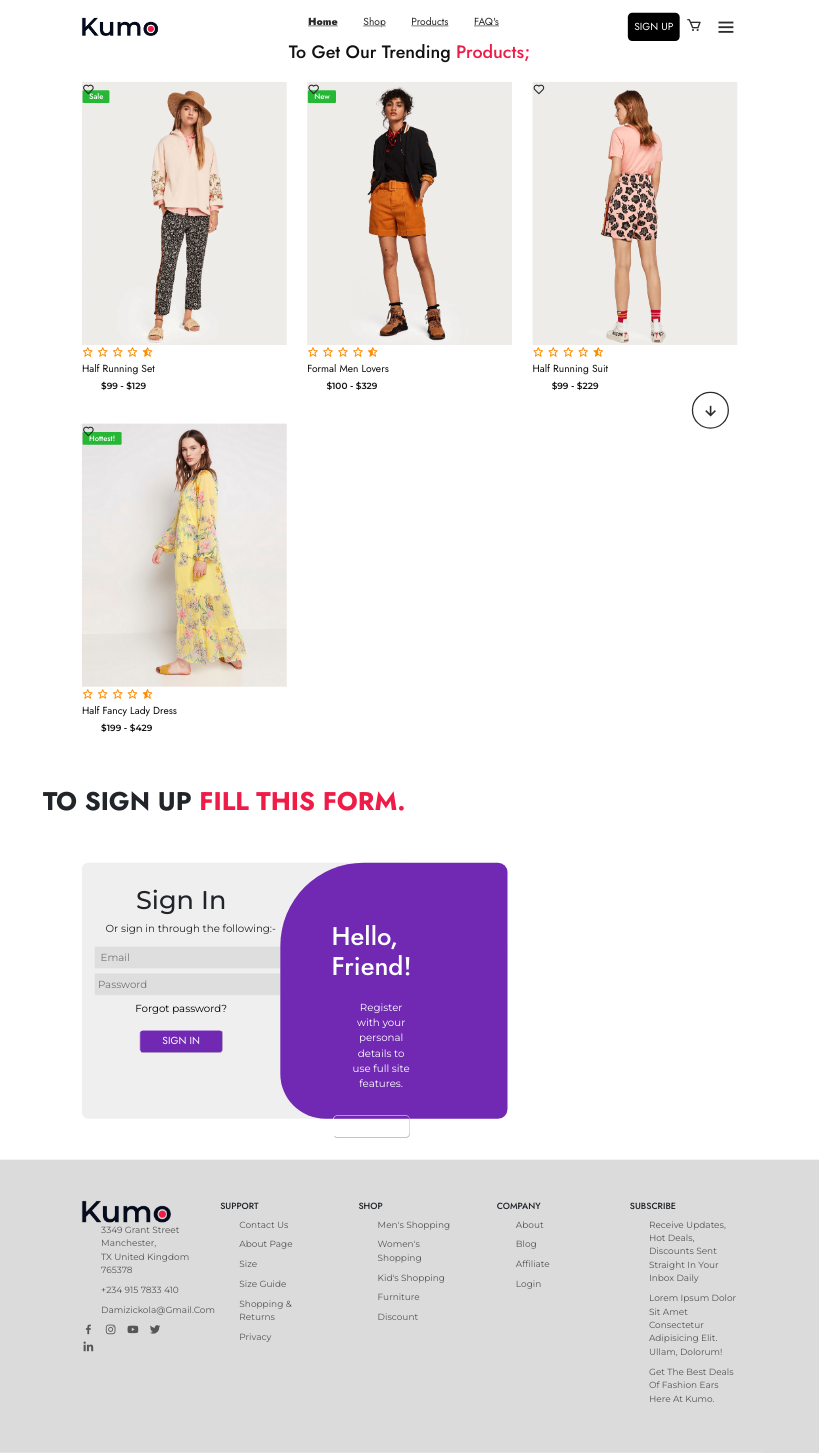
Repository: isaacCodes1/Kumo-Website.
Page: form.html
These files come from the project's save history. The page is drawn as it stood at one moment and after a run of saves; the edit follows.
The browser window is 1280 px wide. The pictures show the whole page, at 64% of full size.

Above is the page before, as saved 2024-03-26 11:30:47.

After the next 4 saves:
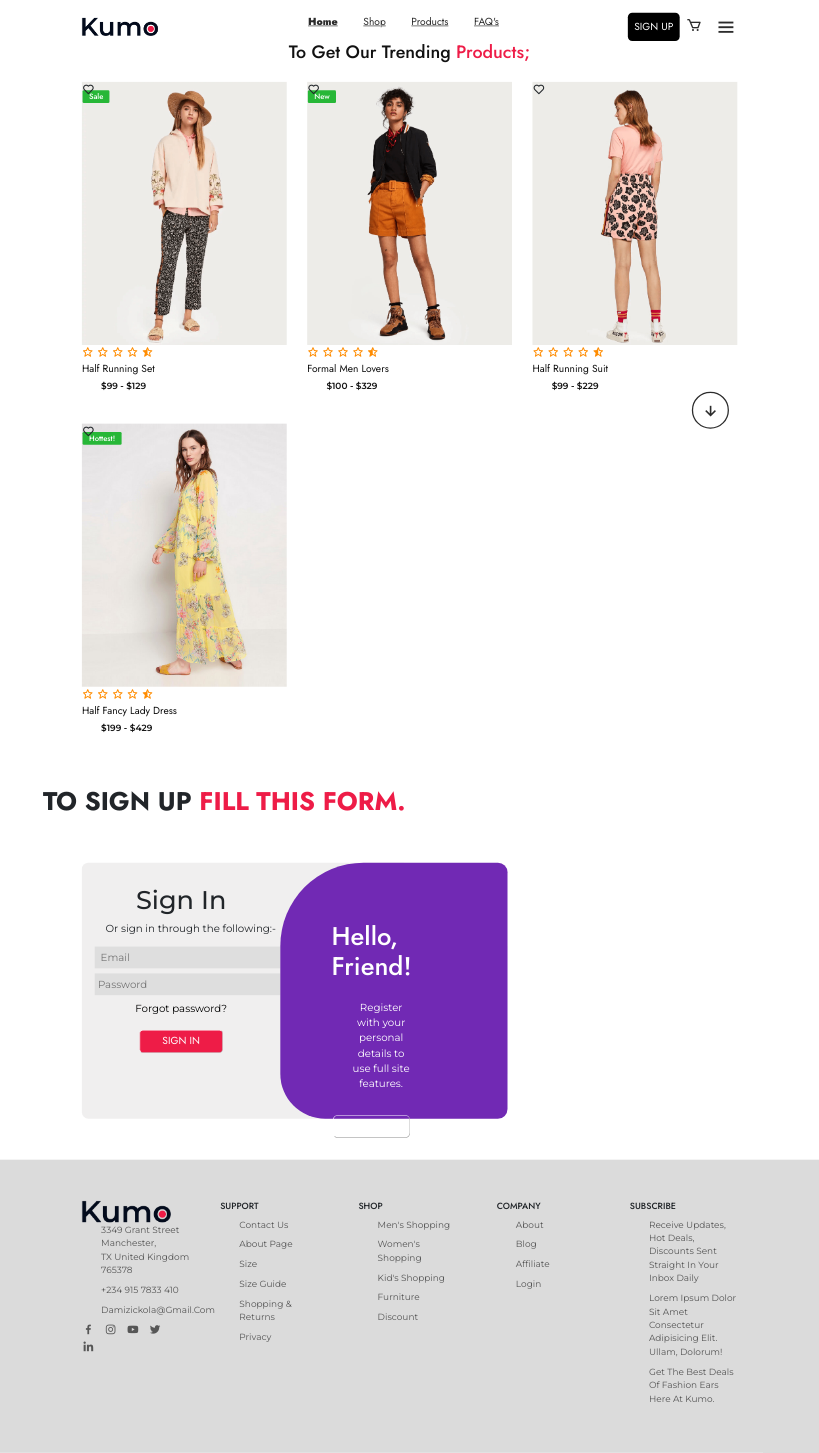
The 4 saves are shown as one change because they came seconds apart.
The last was saved 31 s later.
--- a/style.css
+++ b/style.css
@@ -542,7 +542,7 @@ p {
   margin-bottom: 5px;
 }
 .sign {
-  background-color: rgb(113, 41, 180);
+  background-color: #ee1c47;
   border-width: 1px;
   border-radius: 5px;
   border-color: white;
